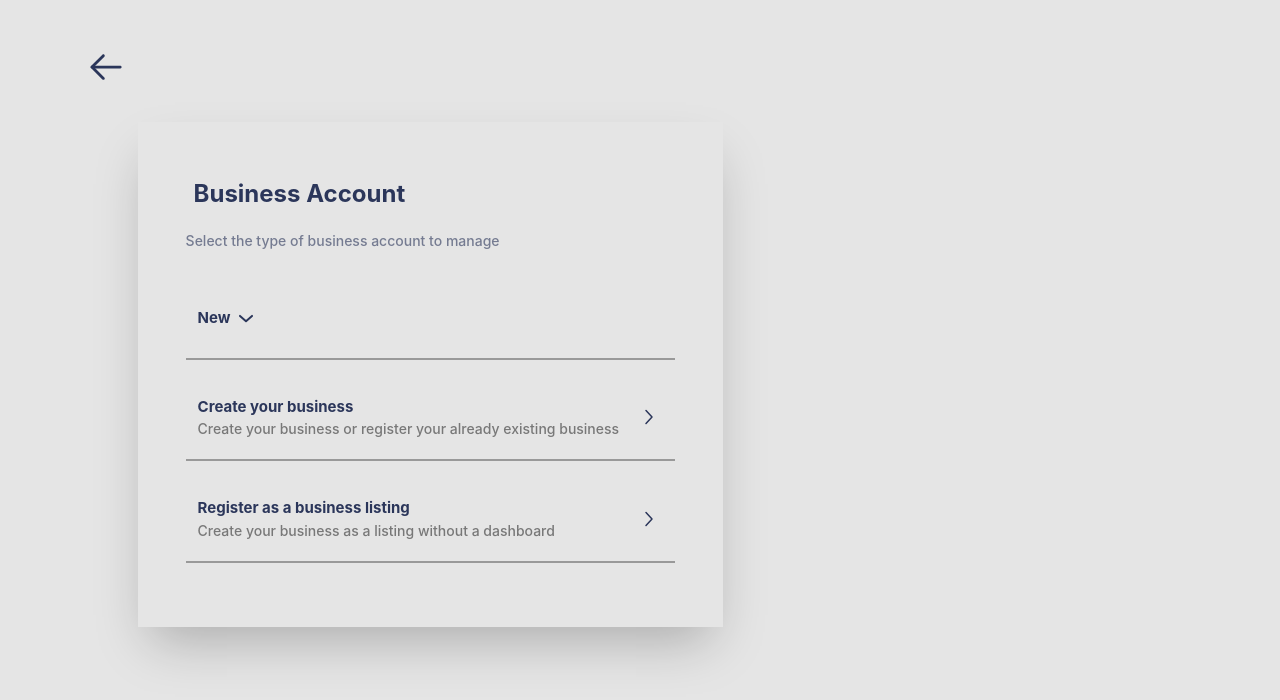
Repository: Osomhe1/findme_task
Page: /account
An editor plug-in stored every save of this project. The page is shown before and after the next save, followed by the edit.
The browser window is 1280 px wide. The pictures show the whole page.
The project was rebuilt for these pictures with package versions that can differ from the ones it lists, and the page was loaded fresh each time. Also part of the build but not shown: src/component/Clip.css, src/component/Logo.js, src/component/Drag.js, src/component/Memories.js, src/component/Publish.js, src/component/Insight.js, src/component/User.js, src/component/Clip.js and 20 more.

Above is the page before, as saved 2023-04-10 09:25:43.

### src/index.css
body {
  margin: 0;
  font-family: Mulish, -apple-system, BlinkMacSystemFont, 'Segoe UI', 'Roboto', 'Oxygen',
    'Ubuntu', 'Cantarell', 'Fira Sans', 'Droid Sans', 'Helvetica Neue',
    sans-serif;
  -webkit-font-smoothing: antialiased;
  -moz-osx-font-smoothing: grayscale;
  background-color: #E5E5E5;
}

code {
  font-family: source-code-pro, Menlo, Monaco, Consolas, 'Courier New',
    monospace;
}

.category_wrapper::-webkit-scrollbar { display: none;}
/* Hide scrollbar for IE, Edge and Firefox /.category_wrapper { -ms-overflow-style: none; / IE and Edge / scrollbar-width: none; / Firefox } */

/* @tailwind base;
@tailwind components;
@tailwind utilities; */
@tailwind base;
@tailwind components;
@tailwind utilities;



/* @import "tailwindcss/base";
@import "tailwindcss/components";
@import "tailwindcss/utilities"; */

### src/App.js
import Home from './component/Home';
import 'tailwindcss/tailwind.css'
import GetStarted from './component/GetStarted';
import {BrowserRouter, Route, Routes} from 'react-router-dom'
import SignUp from './component/auth/SignUp';
import Login from './component/auth/Login';
import Recovery from './component/auth/Recovery'
import PhoneRecovery from './component/auth/PhoneRecovery';
import EmailRecovery from './component/auth/EmailRecovery';
import ForgetPassword from './component/auth/ForgetPassword';
import EmailRecoveryOtp from './component/auth/EmailRecoveryOtp';
import NewPassword from './component/auth/NewPassword';
import Verify from './component/auth/Verification';
import Success from './component/auth/Success';
import Interest from './component/pages/Interest';
import SettingUp from './component/pages/SettingUp';
import Account from './component/pages/Account';


function App() {
  return (
    <div className="App">
      {/* <Home /> */}
      <BrowserRouter>
        <Routes>
          <Route path="/" element={<GetStarted />} />
          <Route path="/dashboard" element={<Home />} />
          <Route path="/signup" element={<SignUp />} />
          <Route path="/login" element={<Login />} />
          <Route path="/recovery" element={<Recovery />} />
          <Route path="/phone-recovery" element={<PhoneRecovery />} />
          <Route path="/email-recovery" element={<EmailRecovery />} />
          <Route path="/email-recovery-otp" element={<EmailRecoveryOtp />} />
          <Route path="/new-password" element={<NewPassword />} />
          <Route path="/verify" element={<Verify />} />
          <Route path="/success" element={<Success />} />
          <Route path="/forget-password" element={<ForgetPassword />} />
          <Route path="/interest" element={<Interest />} />
          <Route path="/setting-up" element={<SettingUp />} />
          <Route path="/account" element={<Account />} />
        </Routes>
      </BrowserRouter>
    </div>
  )
}

export default App;

### src/component/pages/Account.js
import { Link } from 'react-router-dom'

export default function Account() {
  return (
    <div>
      <section className="p-3">
        <div className=" px-8 md:p-8 md:mx-10  ">
          <Link to="/">
            <svg
              width="46"
              height="46"
              viewBox="0 0 46 46"
              fill="none"
              xmlns="http://www.w3.org/2000/svg"
            >
              <path
                d="M37.6064 23.0769C37.6064 23.7909 37.0759 24.3809 36.3876 24.4743L36.1962 24.4871L7.99226 24.4871C7.21342 24.4871 6.58206 23.8558 6.58206 23.0769C6.58206 22.363 7.11258 21.773 7.8009 21.6796L7.99226 21.6667L36.1962 21.6667C36.9751 21.6667 37.6064 22.2981 37.6064 23.0769Z"
                fill="#2B365A"
              />
              <path
                d="M20.3622 33.4061C20.9141 33.9556 20.916 34.8485 20.3665 35.4004C19.8669 35.9021 19.0835 35.9493 18.5306 35.5409L18.3721 35.4047L6.99652 24.078C6.4933 23.5769 6.44752 22.7907 6.85921 22.2378L6.99644 22.0794L18.372 10.7508C18.9239 10.2012 19.8168 10.2031 20.3664 10.7549C20.866 11.2566 20.9099 12.0402 20.4991 12.5914L20.3622 12.7493L9.99063 23.0792L20.3622 33.4061Z"
                fill="#2B365A"
              />
            </svg>
          </Link>
        </div>
        <div className="flex flex-wrap justify-between gap-2 items-center md:w-[80%] m-auto ">
          <div className="md:shadow-2xl text-cente md:p-12 w-ful   lg:block  pb-20 ">
            <div className=" text-cente ">
              <h1 className="text-[#2B365A] font-bold text-2xl p-2 ">
                Business Account
              </h1>
              <p className="font-medium text-[14px] text-[#2B365A] py-3 opacity-60 ">
                Select the type of business account to manage
              </p>
            </div>

            <div className="">
              <div className="flex gap-4 items-center justify-between w-full border-[#999999] p-3 my-4 border-b-2  ">
                <Link to="/email-recovery">
                  <div className=" my-4 flex gap-2 items-center">
                    <h1 className="text-[#2B365A] font-bold text-[15px] ">
                      New
                    </h1>
                    <div className="">
                      <svg
                        width="14"
                        height="9"
                        viewBox="0 0 14 9"
                        fill="none"
                        xmlns="http://www.w3.org/2000/svg"
                      >
                        <path
                          d="M1 1.92578L7 7.25346L13 1.92578"
                          stroke="#2B365A"
                          stroke-width="2"
                          stroke-linecap="round"
                          stroke-linejoin="round"
                        />
                      </svg>
                    </div>
                  </div>
                </Link>
              </div>
              <div className="flex gap-4 items-center justify-between w-full border-[#999999] p-3 my-4 border-b-2  ">
                <Link to="/phone-recovery">
                  <div className="py-2">
                    <h1 className="text-[#2B365A] font-bold text-[15px] ">
                      Create your business
                    </h1>
                    <p className="text-[#787878] text-[14px] font-medium ">
                      Create your business or register your already existing
                      business
                    </p>
                  </div>
                </Link>
                <div className="">
                  <svg
                    width="28"
                    height="30"
                    viewBox="0 0 28 30"
                    fill="none"
                    xmlns="http://www.w3.org/2000/svg"
                  >
                    <path
                      d="M11 21.4284L17 14.9999L11 8.57129"
                      stroke="#2B365A"
                      stroke-width="1.5"
                      stroke-linecap="round"
                      stroke-linejoin="round"
                    />
                  </svg>
                </div>
              </div>
              <div className="flex gap-4 items-center justify-between w-full border-[#999999] p-3 my-4 border-b-2  ">
                <div className="py-2">
                  <h1 className="text-[#2B365A] font-bold text-[15px] ">
                    Register as a business listing
                  </h1>
                  <p className="text-[#787878] text-[14px] font-medium ">
                    Create your business as a listing without a dashboard
                  </p>
                </div>
                <div className="">
                  <svg
                    width="28"
                    height="30"
                    viewBox="0 0 28 30"
                    fill="none"
                    xmlns="http://www.w3.org/2000/svg"
                  >
                    <path
                      d="M11 21.4284L17 14.9999L11 8.57129"
                      stroke="#2B365A"
                      stroke-width="1.5"
                      stroke-linecap="round"
                      stroke-linejoin="round"
                    />
                  </svg>
                </div>
              </div>
            </div>
          </div>

          <div className="  w-full md:max-w-[500px]   "></div>
        </div>
      </section>
    </div>
  )
}

### src/component/usePagination .js
import { useMemo } from "react"

export const DOTS = (
  <svg
    width="13"
    height="13"
    viewBox="0 0 13 13"
    fill="none"
    xmlns="http://www.w3.org/2000/svg"
  >
    <circle
      cx="6.14991"
      cy="6.14991"
      r="6.14991"
      transform="matrix(1 0 0 -1 0.339844 12.2998)"
      fill="#C4C4C4"
    />
  </svg>
)

export const ActiveDots = <svg width="13" height="13" viewBox="0 0 13 13" fill="none" xmlns="http://www.w3.org/2000/svg">
<circle cx="6.14991" cy="6.14991" r="6.14991" transform="matrix(1 0 0 -1 0 12.2998)" fill="#2B365A"/>
</svg>



export const usePagination = ({ totalCount, pageSize, currentPage, siblingCount=1, }) => {
     const paginationRange = useMemo(() => {
       // Our implementation logic will go here
       const totalPageCount = Math.ceil(totalCount / pageSize)

        const range = (start, end) => {
          let length = end - start + 1
          /*
  	Create an array of certain length and set the elements within it from
    start value to end value.
  */
          return Array.from({ length }, (_, idx) => idx + start)
        }

       // Pages count is determined as siblingCount + firstPage + lastPage + currentPage + 2*DOTS
       const totalPageNumbers = siblingCount + 5

       /*
      Case 1:
      If the number of pages is less than the page numbers we want to show in our
      paginationComponent, we return the range [1..totalPageCount]
    */
       if (totalPageNumbers >= totalPageCount) {
         return range(1, totalPageCount)
       }

       /*
    	Calculate left and right sibling index and make sure they are within range 1 and totalPageCount
    */
       const leftSiblingIndex = Math.max(currentPage - siblingCount, 1)
       const rightSiblingIndex = Math.min(
         currentPage + siblingCount,
         totalPageCount
       )

       /*
      We do not show dots just when there is just one page number to be inserted between the extremes of sibling and the page limits i.e 1 and totalPageCount. Hence we are using leftSiblingIndex > 2 and rightSiblingIndex < totalPageCount - 2
    */
       const shouldShowLeftDots = leftSiblingIndex > 2
       const shouldShowRightDots = rightSiblingIndex < totalPageCount - 2

       const firstPageIndex = 1
       const lastPageIndex = totalPageCount

       /*
    	Case 2: No left dots to show, but rights dots to be shown
    */
       if (!shouldShowLeftDots && shouldShowRightDots) {
         let leftItemCount = 3 + 2 * siblingCount
         let leftRange = range(1, leftItemCount)

         return [...leftRange, DOTS, totalPageCount]
       }

       /*
    	Case 3: No right dots to show, but left dots to be shown
    */
       if (shouldShowLeftDots && !shouldShowRightDots) {
         let rightItemCount = 3 + 2 * siblingCount
         let rightRange = range(
           totalPageCount - rightItemCount + 1,
           totalPageCount
         )
         return [firstPageIndex, DOTS, ...rightRange]
       }

       /*
    	Case 4: Both left and right dots to be shown
    */
       if (shouldShowLeftDots && shouldShowRightDots) {
         let middleRange = range(leftSiblingIndex, rightSiblingIndex)
         return [firstPageIndex, DOTS, ...middleRange, DOTS, lastPageIndex]
       }


     }, [totalCount, pageSize, siblingCount, currentPage])


     return paginationRange
}

Loaded but not shown: public/index.html (common file); src/index.js (common file); src/reportWebVitals.js (common file); tailwind.config.js (common file)

After the next save:
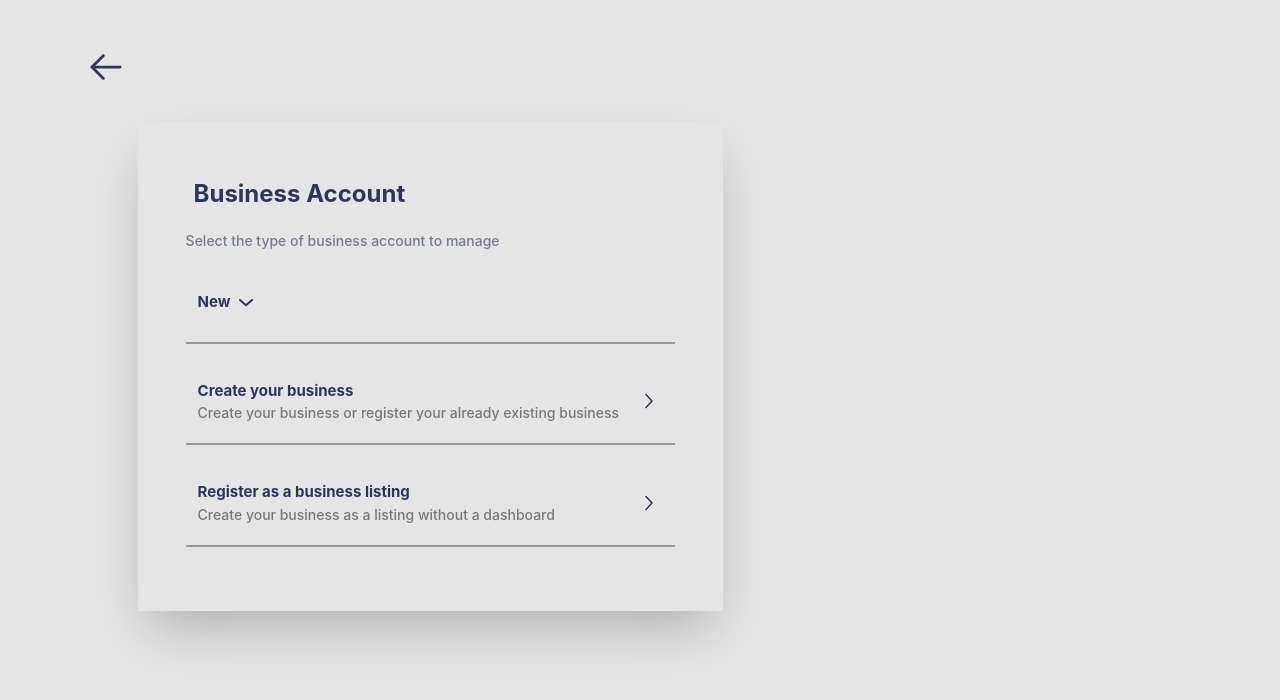
Saved 29 s later.
--- a/src/component/pages/Account.js
+++ b/src/component/pages/Account.js
@@ -36,7 +36,7 @@
             </div>
 
             <div className="">
-              <div className="flex gap-4 items-center justify-between w-full border-[#999999] p-3 my-4 border-b-2  ">
+              <div className="flex gap-4 items-center justify-between w-full border-[#999999] p-3 my- border-b-2  ">
                 <Link to="/email-recovery">
                   <div className=" my-4 flex gap-2 items-center">
                     <h1 className="text-[#2B365A] font-bold text-[15px] ">

After the save that followed:
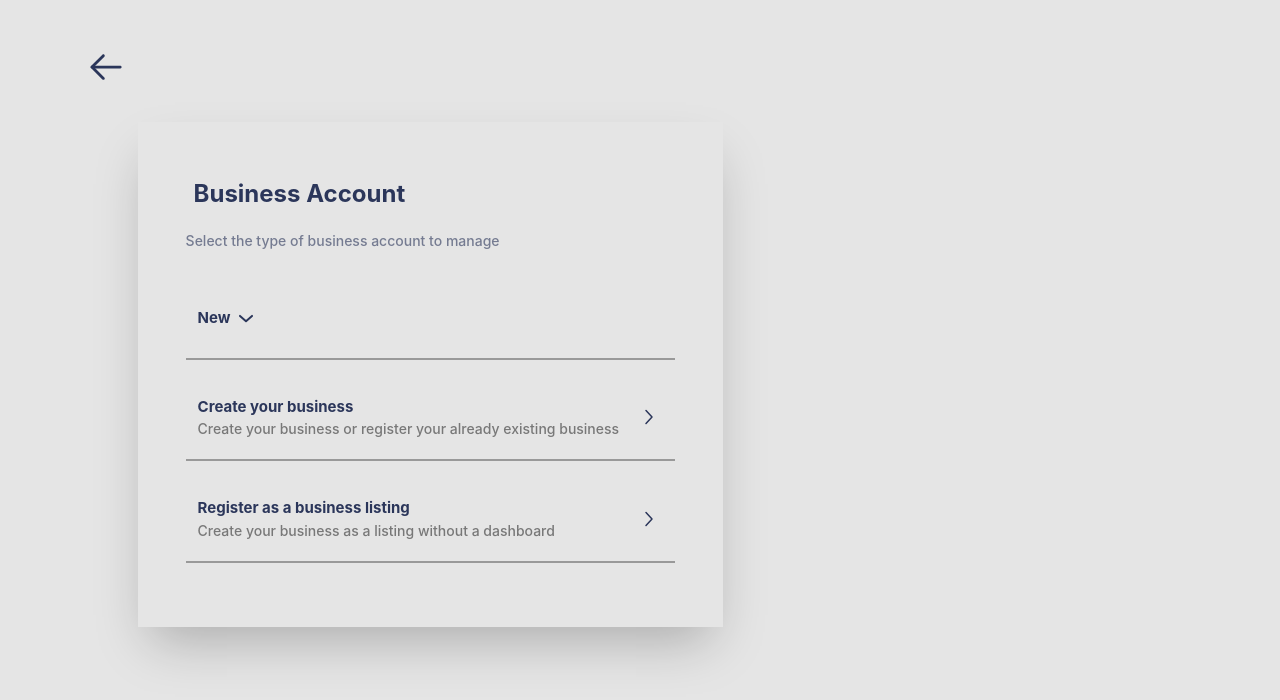
Saved 4 s later.
--- a/src/component/pages/Account.js
+++ b/src/component/pages/Account.js
@@ -36,7 +36,7 @@
             </div>
 
             <div className="">
-              <div className="flex gap-4 items-center justify-between w-full border-[#999999] p-3 my- border-b-2  ">
+              <div className="flex gap-4 items-center justify-between w-full border-[#999999] p-3 my-4 border-b-2  ">
                 <Link to="/email-recovery">
                   <div className=" my-4 flex gap-2 items-center">
                     <h1 className="text-[#2B365A] font-bold text-[15px] ">
